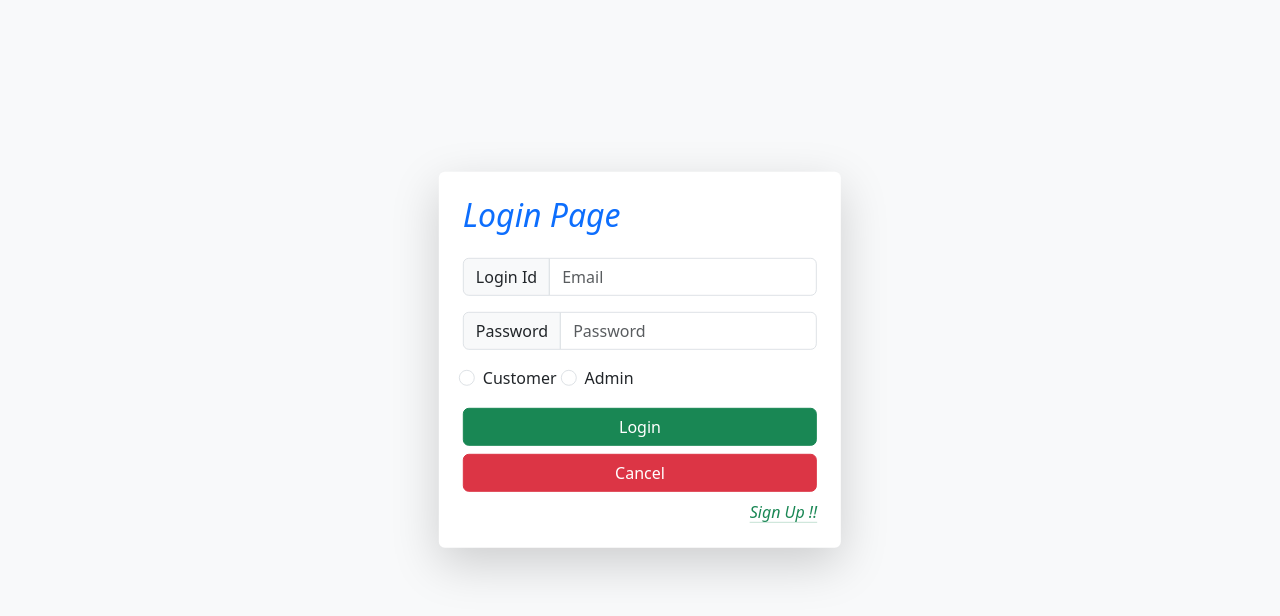
Repository: Niket-mishra/Dummy
Page: http://localhost/Mini-Project/Login.jsp
The author's editor kept a copy of each file at every save. The page is drawn from the files as they stood at one save, then again after the next save.
The browser window is 1280 px wide. The pictures show the whole page.
The page is served by Tomcat 10. Other server files are loaded and not shown.

Above is the page before, as saved 2024-05-07 17:05:13.

### Mini-Project/src/main/webapp/Login.jsp
<%@ page language="java" contentType="text/html; charset=ISO-8859-1"
    pageEncoding="ISO-8859-1"%>
<!DOCTYPE html>
<html>
<head>
<meta charset="ISO-8859-1">
<link href="https://cdn.jsdelivr.net/npm/bootstrap@5.3.3/dist/css/bootstrap.min.css" rel="stylesheet">
<title>Login Page</title>
<script src="https://cdn.jsdelivr.net/npm/bootstrap@5.3.3/dist/js/bootstrap.bundle.min.js"></script>
</head>
<body class = "bg-light">
<div class="position-absolute top-50 start-50 translate-middle  p-4 mb-5 rounded shadow-lg bg-white">
<h2 class ="mb-4 fst-italic text-primary">Login Page</h2>
<form action="LoginController">
<div class="input-group mb-3">
  <span class="input-group-text">Login Id</span>
  <input type="email" aria-label="Email" class="form-control" placeholder="Email" required>
</div>

<div class="input-group mb-3">
  <span class="input-group-text">Password</span>
  <input type="password" aria-label="password" class="form-control" placeholder="Password" required>
</div>
<div class = "row g-2 mb-3">
  <div class="form-check col-auto pe-xxl">
    <input type="radio" class="form-check-input" id="validationFormCheck2" name="usertype" required>
    <label class="form-check-label" for="validationFormCheck2">Customer</label>
  </div>
  <div class="form-check col-auto ">
    <input type="radio" class="form-check-input" id="validationFormCheck3" name="usertype" required>
    <label class="form-check-label" for="validationFormCheck3">Admin</label>
    <div class="invalid-feedback">Select anyone to Login</div>
  </div>
  </div>

<div class="vstack gap-2 col-md-12 mx-auto">
<input type ="submit" value ="Login" class="btn btn-success">
<input type ="reset" value ="Cancel" class = "btn btn-danger">
<a href="NewCustomer.jsp" class = "fst-italic align-bottom d-flex justify-content-end link-success link-offset-2 link-underline-opacity-25 link-underline-opacity-100-hover">Sign Up !!</a>
</div>

</form>
</div>
</body>
</html>

After the next save:
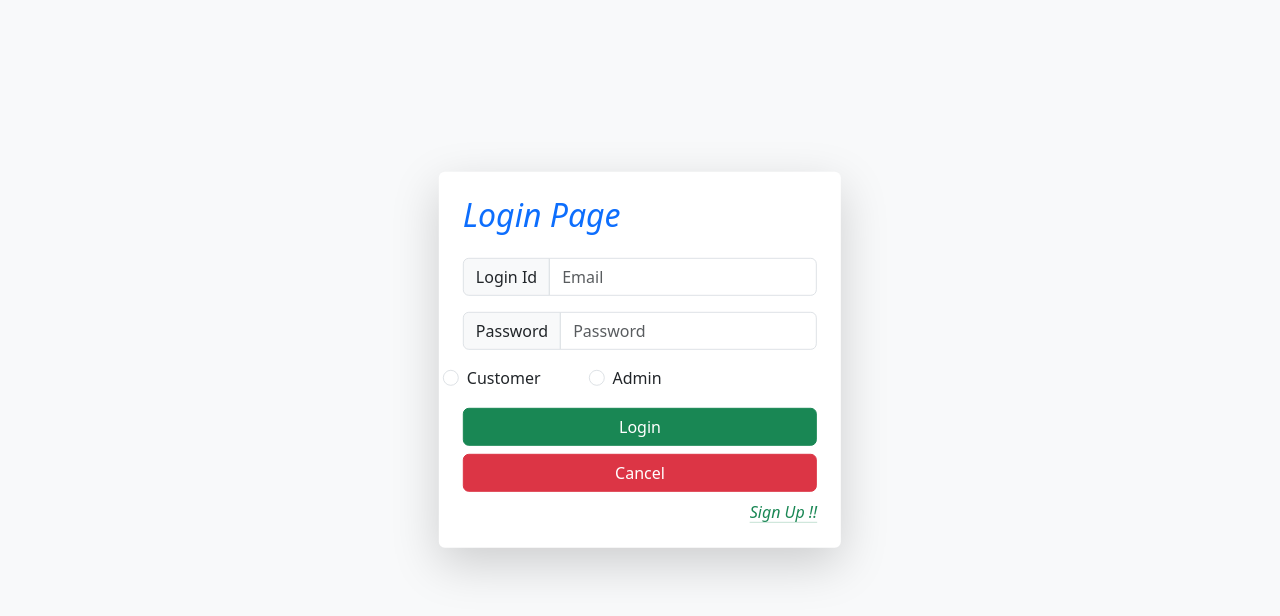
Saved 24 s later.
--- a/Mini-Project/src/main/webapp/Login.jsp
+++ b/Mini-Project/src/main/webapp/Login.jsp
@@ -22,7 +22,7 @@
   <input type="password" aria-label="password" class="form-control" placeholder="Password" required>
 </div>
 <div class = "row g-2 mb-3">
-  <div class="form-check col-auto pe-xxl">
+  <div class="form-check col-auto pe-5 ps-2">
     <input type="radio" class="form-check-input" id="validationFormCheck2" name="usertype" required>
     <label class="form-check-label" for="validationFormCheck2">Customer</label>
   </div>
